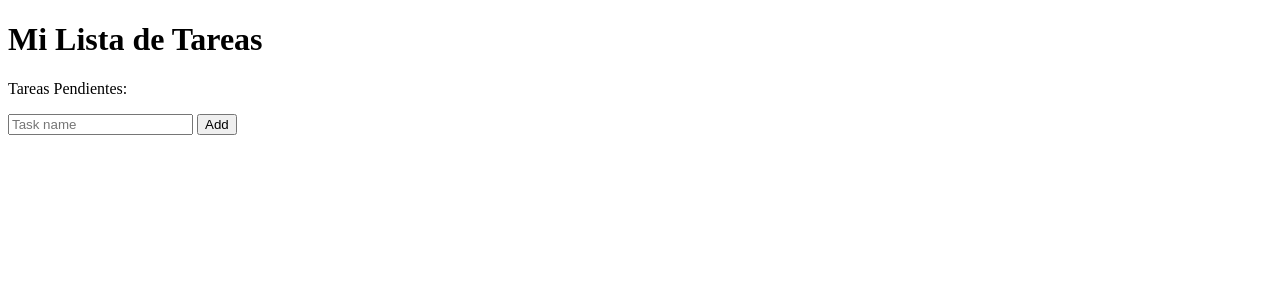
Repository: montsecg/nuclio-javascript-lecture-montse
Page: index.html
The author's editor kept a copy of each file at every save. The page is drawn from the files as they stood at one save, then again after the next save.
The browser window is 1280 px wide. The pictures show the whole page.

Above is the page before, as saved 2021-04-16 09:02:03.

### index.html
<!DOCTYPE html>
<html lang="es">
<head> <!--tiene información sobre el documento-->
    <meta charset="UTF-8">
    <meta http-equiv="X-UA-Compatible" content="IE=edge">
    <meta name="viewport" content="width=device-width, initial-scale=1.0">
    <meta name="description" content="The description">
    <link rel="stylesheet" href="./styles.css">
    <script defer src="./main.js"></script><!--carga el documento de JAVASCRIPT-->
    <title>App con javascript</title>
</head>
<body> <!--tiene contenido de la página-->

    <h1 class= "title">Mi Lista de Tareas</h1>
    <p>Tareas Pendientes: <span></span></p>
    <form>
        <input placeholder= "Task name" type="text">
        <button type="submit">Add</button>
    </form>
    <p class="error"></p>
    <ul></ul>


<!-- siempre se escribre después de los elementos que se ven alterados por JAVASECRIPT-->


</body>
</html>

### main.js
const form = document.querySelector("form");//llama <l <form> del HTML
const input = document.querySelector("input"); //llama al <input> del HTML
const list = document.querySelector("ul"); //llama al <ul> del HTML
const error = document.querySelector(".error");//llama al <p class="error"> del HTML
const pending = document.querySelector("span"); //llama al <span> del HTML

Loaded but not shown: styles.css (no copy from this time; the picture is the same without it)

After the next save:
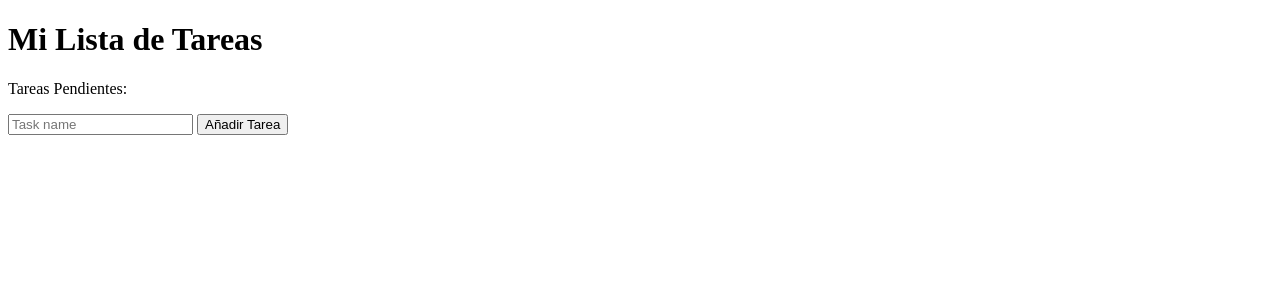
Saved 14 s later.
--- a/index.html
+++ b/index.html
@@ -15,7 +15,7 @@
     <p>Tareas Pendientes: <span></span></p>
     <form>
         <input placeholder= "Task name" type="text">
-        <button type="submit">Add</button>
+        <button type="submit">Añadir Tarea</button>
     </form>
     <p class="error"></p>
     <ul></ul>
